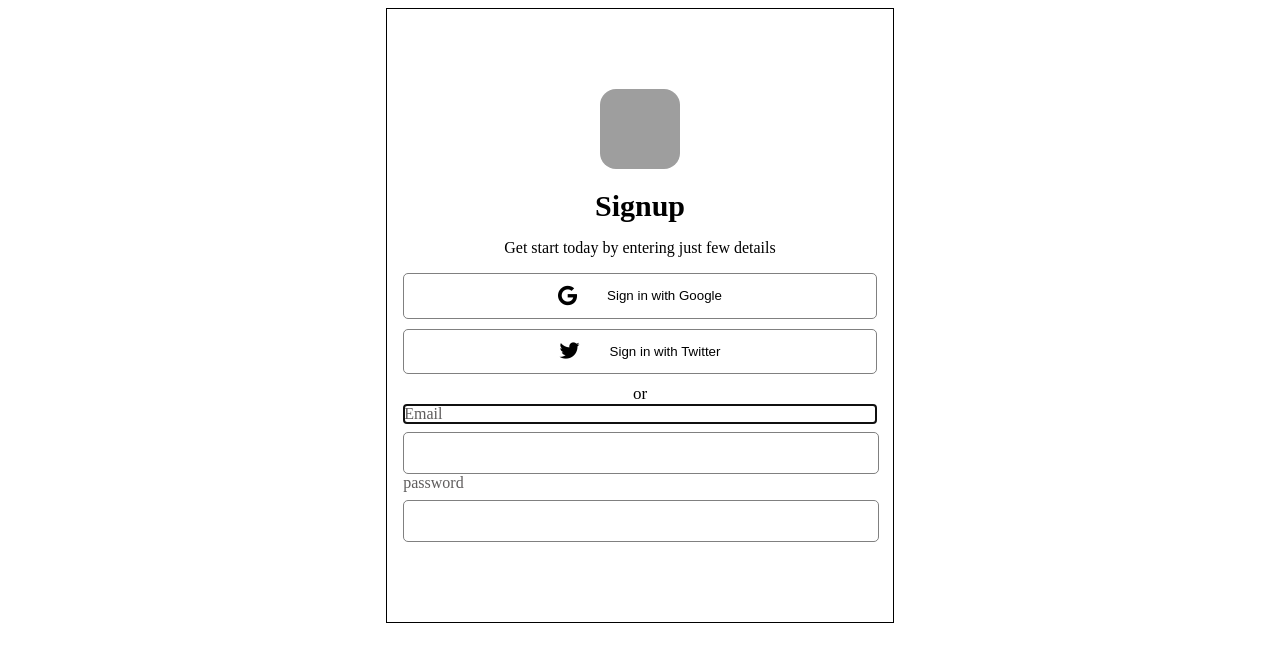
Repository: tungts3qb/Javascript
Page: sign-up/signup.html
These files come from the project's save history. The page is drawn as it stood at one moment and after the next save; the edit follows.
The browser window is 1280 px wide. The pictures show the whole page.
The first visible `.sign-up-email` has the focus.
Pictures or frames that could not be fetched are drawn as grey boxes.

Above is the page before, as saved 2022-12-26 22:57:49.

### sign-up/signup.html
<!DOCTYPE html>
<html lang="en">
  <head>
    <meta charset="UTF-8" />
    <meta http-equiv="X-UA-Compatible" content="IE=edge" />
    <meta name="viewport" content="width=device-width, initial-scale=1.0" />
    <link
      rel="stylesheet"
      href="https://cdnjs.cloudflare.com/ajax/libs/font-awesome/6.2.1/css/all.min.css"
      integrity="sha512-MV7K8+y+gLIBoVD59lQIYicR65iaqukzvf/nwasF0nqhPay5w/9lJmVM2hMDcnK1OnMGCdVK+iQrJ7lzPJQd1w=="
      crossorigin="anonymous"
      referrerpolicy="no-referrer"
    />
    <link rel="stylesheet" href="sign-up.css" />
    <title>Sign up</title>
  </head>
  <body>
    <div class="sign-up-form">
      <div class="sign-up-icon">
        <img
          src="https://images.unsplash.com/photo-1672037253340-1b8b99e8dceb?ixlib=rb-4.0.3&ixid=MnwxMjA3fDB8MHxwaG90by1wYWdlfHx8fGVufDB8fHx8&auto=format&fit=crop&w=387&q=80"
          alt="avatar"
          class="sign-up-logo"
        />
      </div>
      <h3 class="sign-up-title">Signup</h3>
      <p class="sign-up-desc">Get start today by entering just few details</p>
      <div class="sign-up-buttons">
        <button class="sign-up-google">
          <i class="fa-brands fa-google"></i>
          <p>Sign in with Google</p>
        </button>
        <button class="sign-up-twitter">
          <i class="fa-brands fa-twitter"></i>
          <p>Sign in with Twitter</p>
        </button>
      </div>
      <div class="sign-up-or">or</div>
      <div class="sign-up-input-form">
        <form action="" class="sign-up-input">
          <p class="sign-up-email">Email</p>
          <input type="email" name="" id="" class="input_email" />
          <p class="sign-up-password">password</p>
          <input type="password" name="" id="" class="input_password" />
        </form>
      </div>
    </div>
  </body>
</html>

### sign-up/sign-up.css
.sign-up-form {
  width: 40%;
  height: auto;
  border: 1px solid black;
  margin: 0 auto;
  padding-bottom: 5rem;
}

.sign-up-icon img {
  width: 5rem;
  height: 5rem;
  border-radius: 1rem;
  object-fit: cover;
  margin-top: 5rem;
}

.sign-up-icon {
  display: flex;
  align-items: center;
  justify-content: center;
}

.sign-up-title {
  text-align: center;
  font-size: 30px;
  margin-top: 20px;
  margin-bottom: 10px;
}

.sign-up-desc {
  text-align: center;
}

.sign-up-buttons {
  display: flex;
  flex-direction: column;
  align-items: center;
}

.sign-up-google,
.sign-up-twitter {
  width: calc(100% - 2rem);
  display: flex;
  text-align: center;
  justify-content: center;
  margin-bottom: 10px;
  border-radius: 5px;
  border: 1px solid gray;
  background-color: white;
}

.sign-up-google i,
.sign-up-twitter i {
  margin-right: 20px;
  font-size: 20px;
  margin: auto 0;
  padding-right: 30px;
}

.sign-up-or {
  text-align: center;
  font-size: 17px;
}

.sign-up-input {
  width: 100%;
  margin: 0 auto;
}

/* .sign-up-input-form {
  display: flex;
  align-items: center;
  justify-content: center;
} */

.sign-up-input {
  width: calc(100% - 2rem);
}

.input_email,
.input_password {
  padding: 0;
  margin: 0;
  width: 100%;
  height: 2.5rem;
  border-radius: 5px;
  border: 1px solid gray;
}

.sign-up-email,
.sign-up-password {
  margin-top: 0;
  margin-bottom: 0.5rem;
  color: rgb(94, 92, 92);
}

.sign-up-email:focus,
.sign-up-password:focus {
  border: 1px solid red;
  /* outline-color: blue; */
}

After the next save:
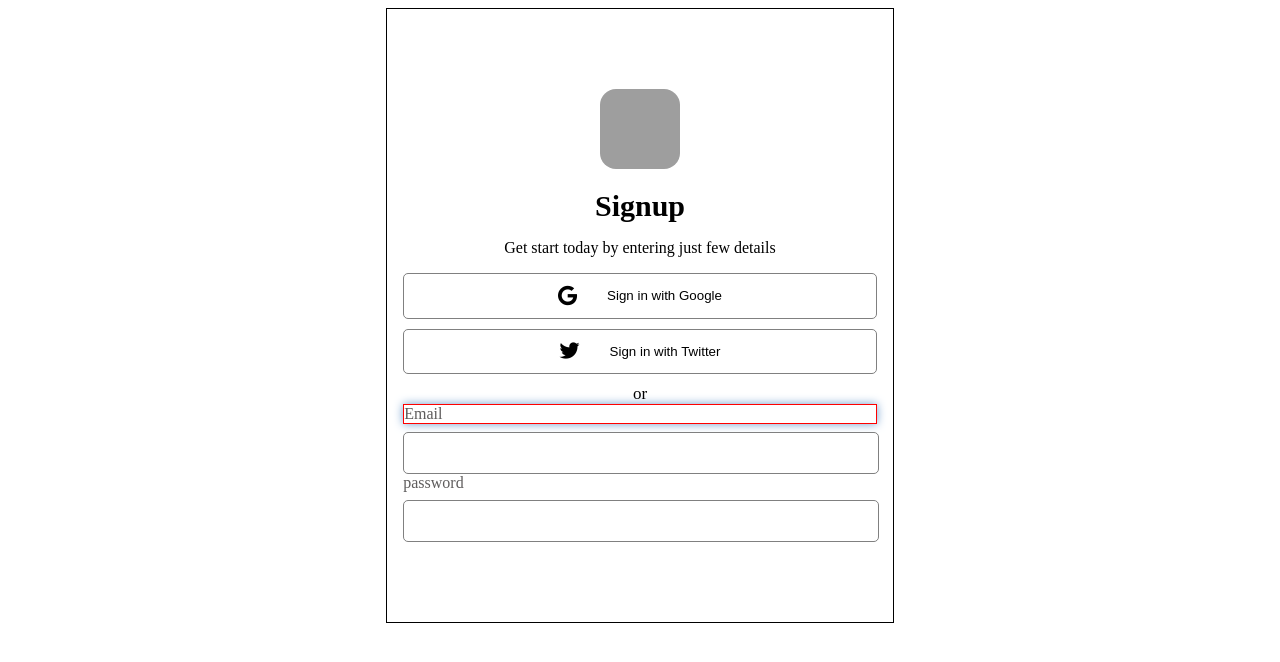
Saved 29 s later.
--- a/sign-up/sign-up.css
+++ b/sign-up/sign-up.css
@@ -96,6 +96,7 @@
 
 .sign-up-email:focus,
 .sign-up-password:focus {
+  outline: none !important;
   border: 1px solid red;
-  /* outline-color: blue; */
+  box-shadow: 0 0 10px #719ece;
 }
